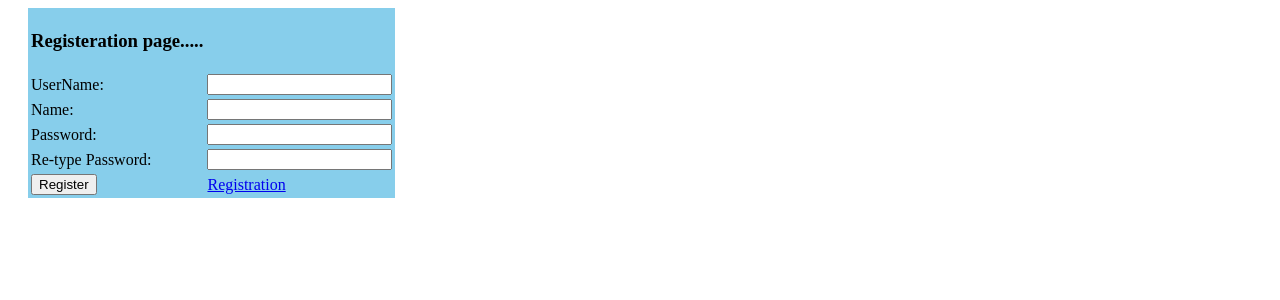
Repository: KeshavDeveloper/Dynamic-web-app
Page: http://localhost/MyRegistrationProject/register.jsp
These files come from the project's save history. The page is drawn as it stood at one moment and after the next save; the edit follows.
The browser window is 1280 px wide. The pictures show the whole page.
The page is served by Tomcat 9. Other server files are loaded and not shown.

Above is the page before, as saved 2018-06-26 22:27:31.

### MyRegistrationProject/WebContent/register.jsp
<%@ page language="java" contentType="text/html; charset=ISO-8859-1"
    pageEncoding="ISO-8859-1"%>
<!DOCTYPE html PUBLIC "-//W3C//DTD HTML 4.01 Transitional//EN" "http://www.w3.org/TR/html4/loose.dtd">
<html>
<head>
<meta http-equiv="Content-Type" content="text/html; charset=ISO-8859-1">
<title>Insert title here</title>
</head>
<body>

<form action="LoginRegister">
<table style="background-color:skyblue;margin-left:20px;margin-right:20px;">
<tr>
<td>   <h3 style="color: black;" >Registeration page.....</h3></td>
<td></td>



</tr>

<tr><td>UserName:</td><td><input type="text" name="username"></td></tr>
<tr><td>Name:</td><td><input type="text" name="name"></td></tr>

<tr><td>Password:</td><td><input type="password" name="password1"></td></tr>
<tr><td> Re-type Password:</td><td><input type="password" name="password2"></td></tr>

<tr><td><input type="submit" name="login" value="Register"></td>
<td><a href="register.jsp">Registration</a>

</tr>

</table>
</form>


</body>
</html>

After the next save:
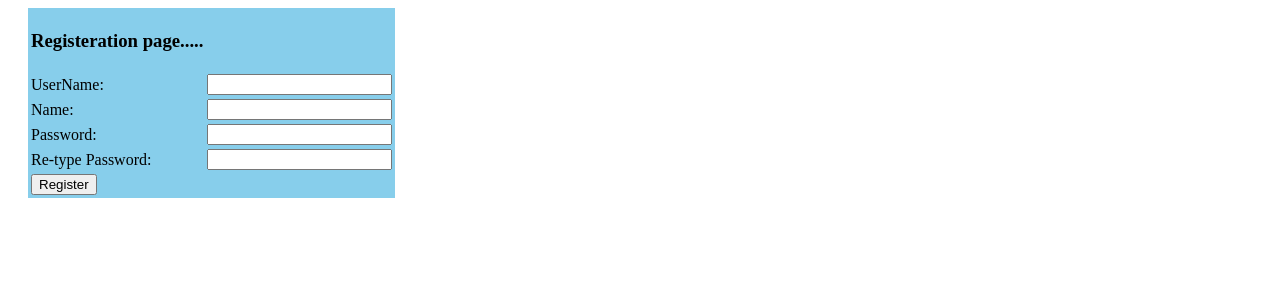
Saved 60 s later.
--- a/MyRegistrationProject/WebContent/register.jsp
+++ b/MyRegistrationProject/WebContent/register.jsp
@@ -25,7 +25,7 @@
 <tr><td> Re-type Password:</td><td><input type="password" name="password2"></td></tr>
 
 <tr><td><input type="submit" name="login" value="Register"></td>
-<td><a href="register.jsp">Registration</a>
+<td>
 
 </tr>
 
